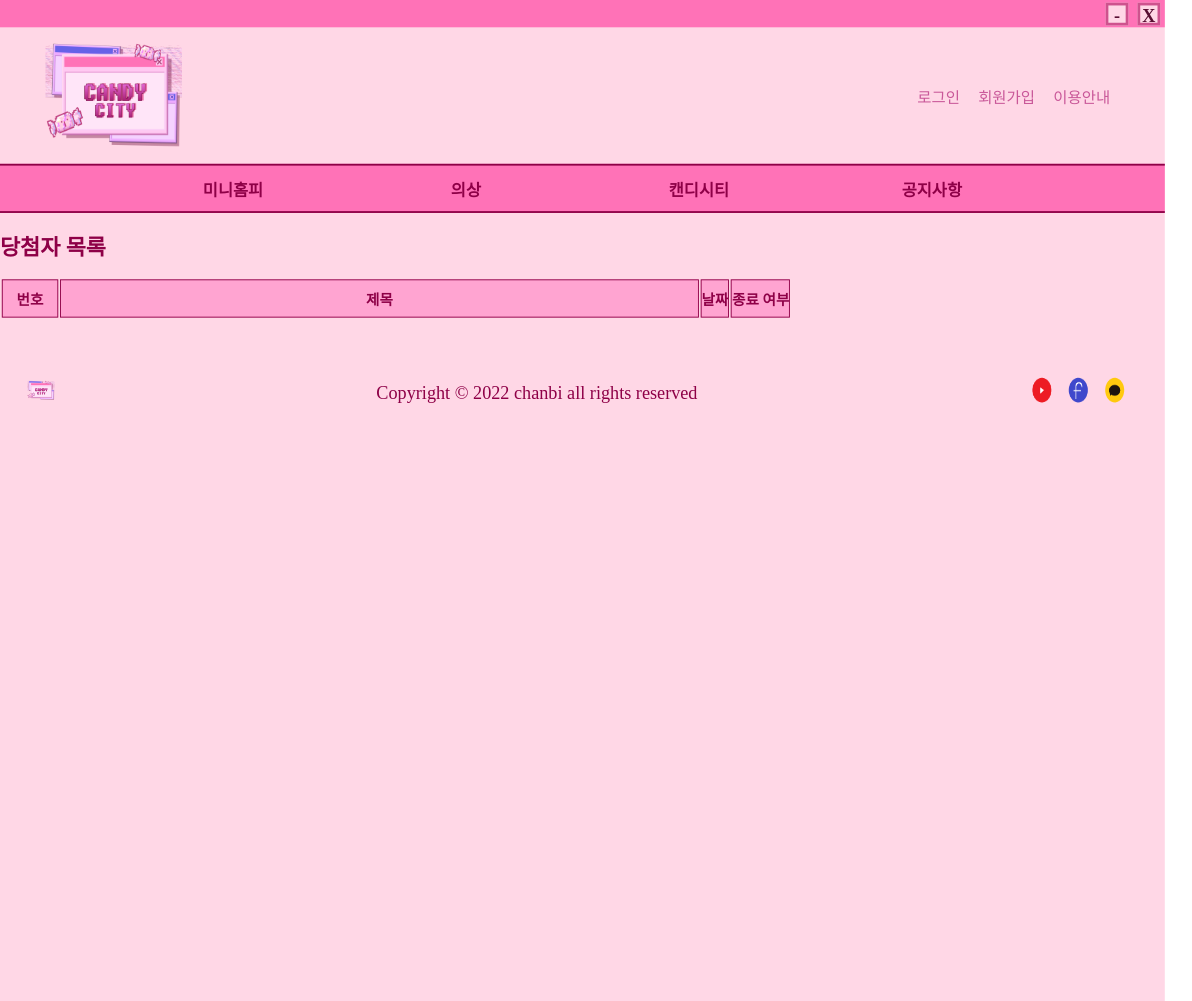
Repository: chanbiM/candyCityProject
Page: http://localhost/CandyCityProj/getNoticeList?type=null
These files come from the project's save history. The page is drawn as it stood at one moment and after the next save; the edit follows.
The browser window is 1280 px wide. The page is 1310 px wide, so the pictures cover 1310 px, including what lies to the right of the window. The pictures show the whole page, at 91% of full size.
Some web fonts or font styles are not loaded; a fallback is used. The page is served by Tomcat 9. Queries for data that is not in the repository find no rows.

Above is the page before, as saved 2022-11-18 09:53:44.

After the next save:
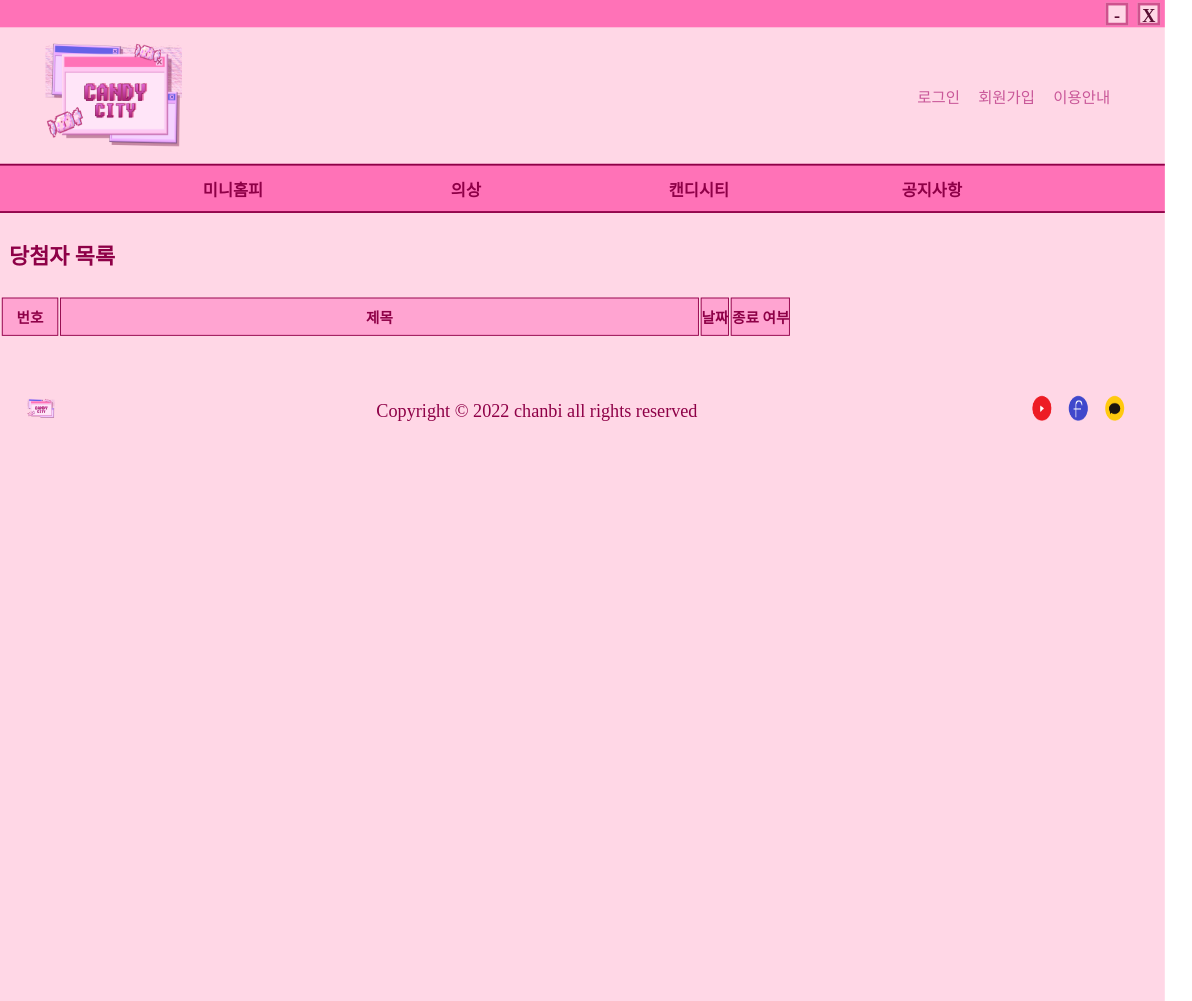
Saved 24 s later.
--- a/CandyCityProj/WebContent/css/postListStyle.css
+++ b/CandyCityProj/WebContent/css/postListStyle.css
@@ -64,3 +64,7 @@ td, th, tr {
     cursor: pointer;
     transition: background-color 0.2s, color 0.2s;
 }
+
+h2 {
+	margin: 10px;
+}
